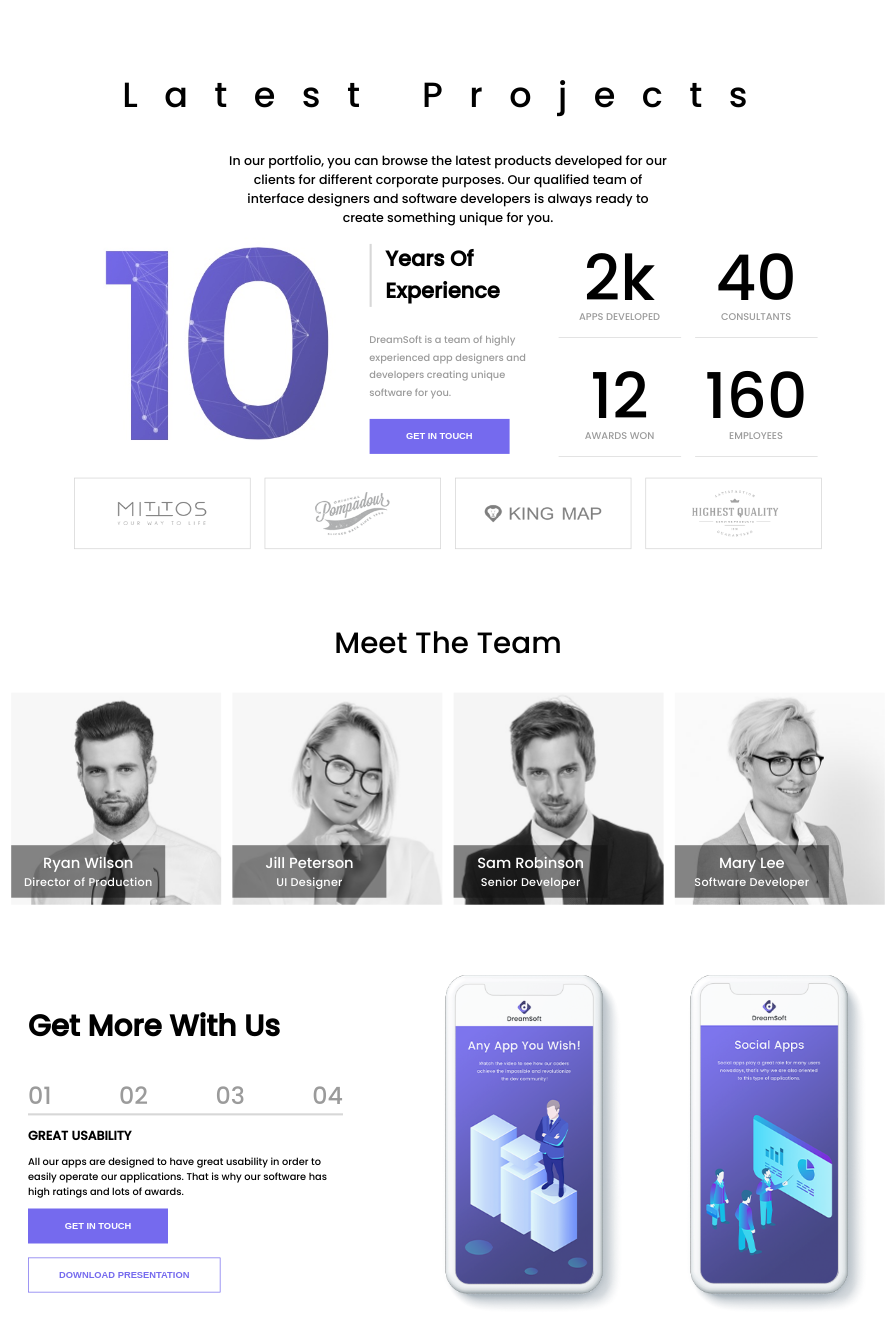
Repository: kkyler24/ladders-bootcamp-awesome
Page: index.html
These files come from the project's save history. The page is drawn as it stood at one moment and after the next save; the edit follows.
The browser window is 1280 px wide. The pictures show the part of the page from y = 1339 to 3239 px (the page is 6056 px tall), at 70% of full size.

Above is the page before, as saved 2021-03-19 16:18:04.

### index.html
<!DOCTYPE html>
<html lang="en">
  <head>
    <meta charset="UTF-8" />
    <meta name="viewport" content="width=device-width, initial-scale=1.0" />
    <link rel="stylesheet" href="style.css" />
    <link rel="stylesheet" href="kstyle.css" />
    <link rel="preconnect" href="https://fonts.gstatic.com">
    <link href="https://fonts.googleapis.com/css2?family=Poppins:wght@500&display=swap" rel="stylesheet">
    <title>Demo</title>
  </head>
  <body>
    <header></header>
    <nav class="container-nav">
      <a class="logopic">
        <img src="./img/jumbotron/logo-default-191x52.png" alt="MCLA LOGO"   height="63.99" width="220">
      </a>
      <div class="nav-link">
      <ul>
        <li class=" list-inline">
          <a href="./index.html">Home</a>
        </li>
        <li class="nav-item active list-inline">
          <a href="./index.html">About Us</a>
        </li>
        <li class="nav-item active list-inline">
          <a href="./index.html">Gallery</a>
        </li>
        <li class="nav-item active list-inline">
          <a href="./index.html">Pricing</a>
        </li>
        <li class="nav-item active list-inline">
          <a href="./index.html">Blog</a>
        </li>
      </ul>
    </div>
      <!-- <button></button> -->

    </nav>
    <!-- jumbotron 3 slides -->
    <div id="jumbotron" class="carousel">
      <!-- <ul class ="carousel-indicators">
          <li data-target="#carouselExampleCaptions" data-slide-to="0" class="active"></li>
          <li data-target="#carouselExampleCaptions" data-slide-to="1"></li>
          <li data-target="#carouselExampleCaptions" data-slide-to="2"></li>
          <li data-target="#carouselExampleCaptions" data-slide-to="3"></li>
      </ul> -->
      <div class="container-jumbo">
          <div class="carousel-item">
              <img id="jumboimgOne"src="./img/jumbotron/jess-bailey-q10VITrVYUM-unsplash.jpg"  alt="..." />
              <div class="jumboheadline">
                <h2 class="jumbotext">Mobile App Development</h2><br>
                  <div id="indext">
                    <p class="jumboPara"> Since our establishment, we have delivering high-quality and sutainable <br> software solutions for corporate purpose of worldwide business.</p>
                  </div>

              </div>
          </div>
          <!-- <div class="carousel-item">
              <img src="Assets/diversity2gether.jpg" class="d-block w-100" alt="..." />
              <div class="carousel-caption d-none d-md-block">
                  <h5>We Celebrate diversity</h5>
              </div>
          </div>
          <div class="carousel-item">
              <img src="Assets/womensrights.jpg" class="d-block w-100" alt="..." />
              <div class="carousel-caption d-none d-md-block">
                  <h5> We charise our choices</h5>
              </div>
          </div>
          <div class="carousel-item">
              <img src="Assets/climate.jpg" class="d-block w-100" alt="..." />
              <div class="carousel-caption d-none d-md-block">
                  <h5> We protect whats ours</h5>
              </div> -->
          </div>
      </div>
  </div>
  <!-- <a class="carousel-control-prev" href="#carouselExampleCaptions" role="button" data-slide="prev">
      <span class="carousel-control-prev-icon" aria-hidden="true"></span>
      <span class="sr-only">Previous</span>
  </a>
  <a class="carousel-control-next" href="#carouselExampleCaptions" role="button" data-slide="next">
      <span class="carousel-control-next-icon" aria-hidden="true"></span>
      <span class="sr-only">Next</span>
  </a> -->
</div>

    </section>

    <section class="all-service-section">
      <!-- see all services -->
          <div class="all-services-img">
            <img src="https://ld-wt73.template-help.com/wt_prod-18959/images/index-1-415x592.jpg" alt="" width="415" height="592">
          </div>

          <div class="all-services-container">

              <div class="corporate-solutions-block">
                <h3 class="all-services-h3">See All Services</h3>
                <button class="all-services-button">All Services</button>
              </div>
              <div class="corporate-solutions-block">
                <img src="./img/icon-phone.PNG" alt="">
                <h4 class="services-title-h4">CORPORATE SOLUTIONS</h4>
                <p class="corporate-solutions-text">Need specific software for your company? We are ready to develop it!</p>
              </div>
              <div class="corporate-solutions-block">
                <img src="./img/icon-headset.PNG" alt="">
                <h4 class="services-title-h4">CALL CENTER SOLUTIONS</h4>
                <p class="corporate-solutions-text">Our experts provide custom products of any complexity for call centers.</p>
              </div>
              <div class="corporate-solutions-block">
                <img src="./img/icon-cloud-box.PNG" alt="">
                <h4 class="services-title-h4">CLOUD DEVELOPMENT</h4>
                <p class="corporate-solutions-text">We can also offer you reliable cloud development solutions.</p>
              </div>

          </div>
    </section>

    <section class="sectThree">
      <!-- latest Projects -->
      <div class="latestPro">
        <h1 id="latestPro"> Latest Projects</h1>
        <p id="latestPara">In our portfolio, you can browse the latest products developed for our clients for different corporate purposes. Our qualified team of interface designers and software developers is always ready to create something unique for you.</p>
        <div></div>

      </div>
    </section>

    <section class="achievements-section">
      <!-- achievements -->
      <figure>
      <img src="./img/10.jpg" alt="Animated number ten" height="300" />
      </figure>
      <div class="years-of-experience-container">
        <h1>Years Of Experience</h1>
        <p>
          DreamSoft is a team of highly experienced app designers and developers
          creating unique software for you.
        </p>
        <button class="get-in-touch-button">Get in touch</button>
      </div>
      <div class="achievements-numbers-container">
        <div class="achievements-numbers-block">
          <h2>2k</h2>
          <p>APPS DEVELOPED</p>
        </div>
        <div class="achievements-numbers-block">
          <h2>40</h2>
          <p>CONSULTANTS</p>
        </div>
        <div class="achievements-numbers-block">
          <h2>12</h2>
          <p>AWARDS WON</p>
        </div>
        <div class="achievements-numbers-block">
          <h2>160</h2>
          <p>EMPLOYEES</p>
        </div>
      </div>
      <div class="logo-links-container">
        <figure>
          <img src="./img/clients-9-270x117.png" alt="Mittos Logo" >
        </figure>
        <figure>
          <img src="./img/clients-10-270x117.png" alt="Pompadour Logo" >
        </figure>
        <figure>
          <img src="./img/clients-3-270x117.png" alt="King Map Logo" >
        </figure>
        <figure>
          <img src="./img/clients-11-270x117.png" alt="Highest Quality Logo" >
        </figure>
      </div>
    </section>

    <section class="meet-the-team-section">
      <!-- meet the team -->
      <h2 class="meet-the-team-h2">Meet The Team</h2>

      <div class="meet-the-team-main-container">

          <div class="meet-team-block">
            <img src="./img/ryan-wilson.jpg" alt="">

            <div class="meet-team-text-block">
              <h4 class="meet-the-team-h4">Ryan Wilson</h4>
              <p class="meet-the-team-p">Director of Production</p>
            </div>
          </div>
          <div class="meet-team-block">
            <img src="./img/jill-peterson.jpg" alt="">

            <div class='meet-team-text-block'>
              <h4 class="meet-the-team-h4">Jill Peterson</h4>
              <p class="meet-the-team-p">UI Designer</p>
            </div>
          </div>
          <div class="meet-team-block">
            <img src="./img/sam-robinson.jpg" alt="">

            <div class='meet-team-text-block'>
              <h4 class="meet-the-team-h4">Sam Robinson</h4>
              <p class="meet-the-team-p">Senior Developer</p>
            </div>
          </div>
          <div class="meet-team-block">
            <img src="./img/mary-lee.jpg" alt="">

            <div class='meet-team-text-block'>
              <h4 class="meet-the-team-h4">Mary Lee</h4>
              <p class="meet-the-team-p">Software Developer</p>
            </div>
          </div>

      </div>
    </section>

    <section class="get-more-with-us-section">
      <!-- Get more with us -->
      <section class="get-more-with-us">
        <h1>Get More With Us</h1>
        <div class="numbers">
          <p>01</p>
          <p>02</p>
          <p>03</p>
          <p>04</p>
        </div>
        <h2>GREAT USABILITY</h2>
        <p class="get-more-about-project">
          All our apps are designed to have great usability in
          order to easily operate our applications.
          That is why our software has high ratings and lots of awards.
        </p>
        <button class="get-in-touch-button">Get in touch</button>
        <button class="download-presentation-button">Download presentation</button>
      </section>
      <img src="img/index-4-261x484.png" alt="Screen with Any App You Wish">
      <img src="img/index-5-261x484.png" alt="Screen with Socia Apps">
    </section>

    <section class="what-people-say-section">
      <!-- What People Say -->
      <h2 class="what-people-say-h2">What People Say</h2>

      <div class="what-people-say-main-container">

        <div class="client-container">
          <img src="./img/catherine-wilson.jpg" alt="">
          <div class="client-title">
            <h4 class="client-name-h4">Catherine Williams</h4>
            <p>Regular client</p>
          </div>
          <div class="client-body">
            <p class="client-body-p">DreamSoft offers a high caliber of resources skilled
            in Microsoft Azure .NET, mobile and Quality Assurance. They
            became our true business partners over the past three years.</p>
          </div>
        </div>
        <div class="client-container">
          <img src="./img/rupert-woods.jpg" alt="">
          <div class="client-title">
            <h4 class="client-name-h4">Rupert Wood</h4>
            <p>Regular client</p>
          </div>
          <div class="client-body">
            <p class="client-body-p">DreamSoft powered us with a competent team to develop
            products for banking services. The team has been delivering
            results within budget and time, which is amazing.</p>
          </div>
        </div>
        <div class="client-container">
          <img src="./img/samantha-brown.jpg" alt="">
          <div class="client-title">
            <h4 class="client-name-h4">Samantha Brown</h4>
            <p>Regular client</p>
          </div>
          <div class="client-body">
            <p class="client-body-p">DreamSoft is a highly skilled and uniquely capable
            firm with multitudes of talent on-board. We have
            results within budget and time, which is amazing.
            collaborated on a number of diverse projects that
            have been a great success.</p>
          </div>
        </div>

      </div>

    </section>

    <section class="latest-blog-posts-section">
      <h2 class="what-people-say-h2">Latest Blog Posts</h2>
      <div class="posts-container">
        <div class="post-block">
          <figure>
          <img class="post-cover" src="img/post-10-370x307.jpg">
          <img class="post-date-label" src="img/label.svg">
          <p class="post-label-date">07/04</p>
          </figure>
          <h4 class="block-post-h4">Benefits Of Async/Await</h4>
            <p class="blog-post-p">
            Asynchronous functions are a good and bad thing in JavaScript.
            The good side is that asynchronous functions are non-blocking and…
            </p>
        </div>
        <div class="post-block">
          <figure>
          <img class="post-cover" src="img/post-11-370x307.jpg">
          <img class="post-date-label" src="img/label.svg">
          <p class="post-label-date">07/17</p>
          </figure>
          <h4 class="block-post-h4">Key Considerations Of IPaaS</h4>
            <p class="blog-post-p">
              Digital transformation requires cloud appropriate adoption,
              legacy IT systems modernization, and Agile-based methodologies for faster…
            </p>
        </div>
        <div class="post-block">
          <figure>
          <img class="post-cover" src="img/post-12-370x307.jpg">
          <img class="post-date-label" src="img/label.svg">
          <p class="post-label-date">07/22</p>
          </figure>
          <h4 class="block-post-h4">Hibernate Query Language</h4>
            <p class="blog-post-p">
              In this tutorial, we will discuss the
              Hibernate Query Language. HQL is an object-oriented query language.
              Hibernate Query...
            </p>
        </div>
      </div>
    </section>

    <footer>
      <!-- contacts and info -->
      <section class="footer-contacts">
        <img src="img/logo-inverse-191x52.png" alt="DreamSoft Logo">
        <p class="about-company">
          Our company has been developing high-quality and reliable software
          for corporate needs since 2008. We are renowned professionals of
          software development.</p>
        <div class="address-block-container">
          <div class="one-contact-block">
            <h2>ADDRESS</h2>
            <p>4730 Crystal Springs Dr, Los Angeles, CA 90027</p>
          </div>
          <div class="one-contact-block">
            <h2>PHONES</h2>
            <p>
              <span class="changing-color">+1 323-913-4688</span>
              <span>,</span>
              <span class="changing-color">+1 323-888-4554</span>
            </p>
          </div>
          <div class="one-contact-block">
            <h2>E-MAILS</h2>
            <p>
              <span>info@demolink.org</span>
              <span>,</span>
              <span>mail@demolink.org</span>
            </p>
          </div>
          <div class="social-media-links-container">
            <img src="img/iconfinder_Circled_Facebook.svg" alt="Facebook Icon">
            <img src="img/iconfinder_Circled_Instagram.svg" alt="Facebook Icon">
            <img src="img/iconfinder_Circled_Linkedin.svg" alt="Facebook Icon">
            <img src="img/iconfinder_Circled_Twitter.svg" alt="Facebook Icon">
          </div>
        </div>
      </section>
      <form class="contact-form">
        <h1>Questions? Contact Us</h1>
        <input class="input-field-1" type="text" id="name" name="name" placeholder="Name"><br>
        <input class="input-field-1" type="text" id="email" name="email" placeholder="Email"><br>
        <input class="input-field-2" type="text" id="message" name="message" placeholder="Message"><br>
        <button class="send-message-button">Send message</button>
      </form>
      <section class="what-we-offer">
        <h1>What We Offer</h1>
        <div class="what-we-offer-container">
            <figure class="what-we-offer-item">
              <p>DB Management</p>
              <figure class="triangle"></figure>
            </figure>
            <figure class="what-we-offer-item">
              <p>IOS/MacOS</p>
              <figure class="triangle"></figure>
            </figure>
            <figure class="what-we-offer-item">
              <p>Android Apps</p>
              <figure class="triangle"></figure>
            </figure>
            <figure class="what-we-offer-item">
              <p>Windows Apps</p>
              <figure class="triangle"></figure>
            </figure>
            <figure class="what-we-offer-item">
              <p>UX/UI Apps</p>
              <figure class="triangle"></figure>
          </figure>
        </div>
        </section>
      </footer>
  </body>
</html>

### kstyle.css
html, body{
  overflow-x: hidden;


}

/* Navbar git  */
.container-nav {
  display: flex;
}

.list-inline {
  display: inline;
  list-style-type: none;
  padding-right: 10px;
  font-family: Georgia, "Times New Roman", Times, serif;
}

a.logopic {
  flex-flow: row;
  flex-grow: 3;
}

ul.li.a {
  font-family: "Poppins", sans-serif;
  font-weight: 500;
  color: black;
}

/* Jumbotron */
.jumboPara {
  text-align: center;
}

.jumbotron .container-jumbo {
  max-width: 100%;
  background-color: #222;
}

#jumbotron {
  padding: 30px 0px 30px 0px;
  max-width: 100%;
  background-color: transparent;
  overflow: hidden;
}

.container-jumbo {
  display: flex;
  width: 100%;
  margin: 0 auto;
  height: 561px;
}

.jumbotext {
  text-align: center;
  color: rgb(2, 2, 2);
  font-family: "Raleway", Helvetica, Arial, sans-serif;
  font-weight: 600;
  text-transform: uppercase;
}

.jumboheadline {
  display: flex;
  flex-direction: column;
  height: 506px;
  justify-content: flex-end;
}

#jumboimgOne {
  z-index: 0;
  position: absolute;
  display: flex;
  /* flex-grow: 1; */
  width: 100%;
  overflow-x: hidden;
}

.carousel-item {
  text-align: center;
  width: 100%;
}

.carousel-item,
.jumbotext,
#indext {
  position: relative;
  z-index: 2;
}

/* latest Section */

.sectThree{
  display: flex;
  font-family: "Poppins", sans-serif;
  text-align: center;
}

#latestPara{
 font-size: 18px;
 margin: auto 25% auto 25%;

}

#latestPro{
  font-size: 50px;
  font-weight: lighter;
  letter-spacing: 1cm;
}

Loaded but not shown: style.css (628 lines, source omitted)

After the next save:
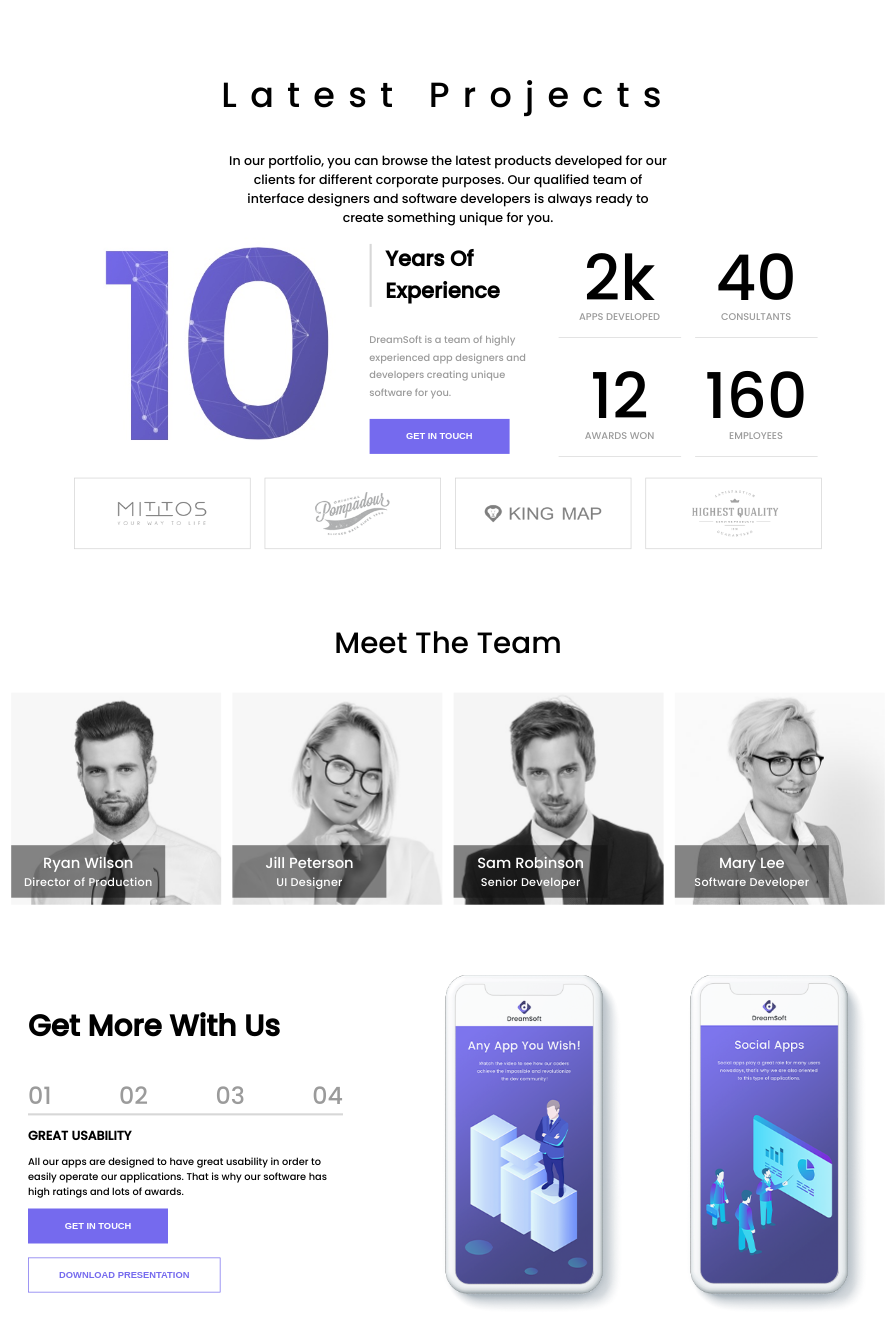
Saved 5 s later.
--- a/kstyle.css
+++ b/kstyle.css
@@ -104,5 +104,5 @@ ul.li.a {
 #latestPro{
   font-size: 50px;
   font-weight: lighter;
-  letter-spacing: 1cm;
+  letter-spacing: .5cm;
 }
